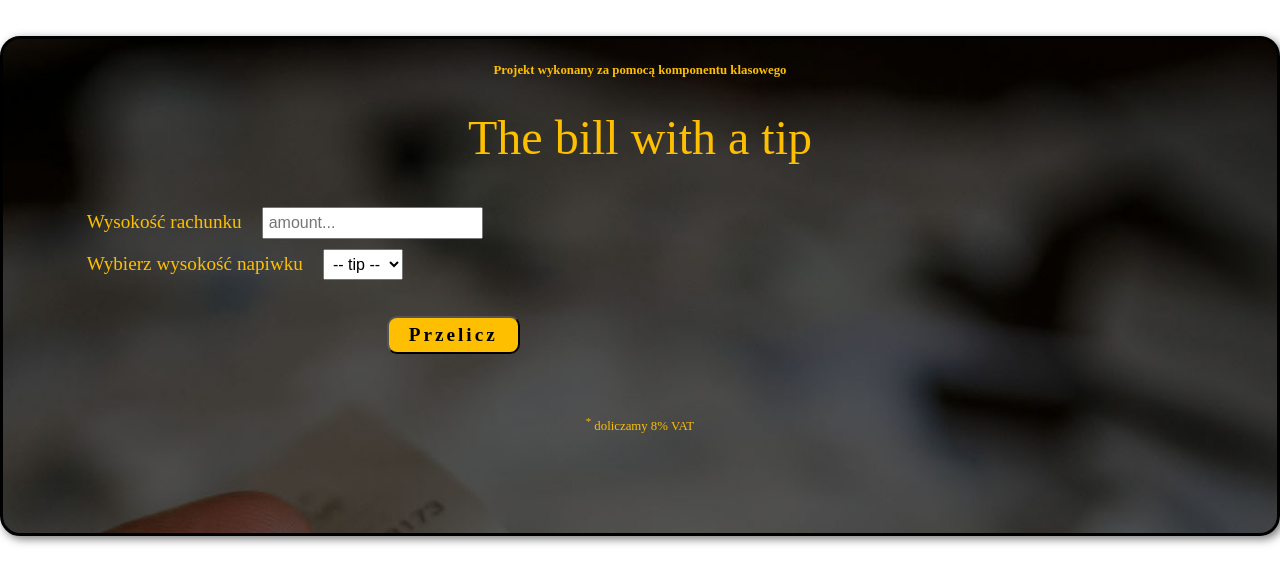
Repository: KrzysKolo/sr_tydzien4_zad1
Page: /
An editor plug-in stored every save of this project. The page is shown before and after the next save, followed by the edit.
The browser window is 1280 px wide. The pictures show the whole page.
Some web fonts or font styles are not loaded; a fallback is used. The project was rebuilt for these pictures with package versions that can differ from the ones it lists, and the page was loaded fresh each time. Also part of the build but not shown: src/components/ParagrapfCard.js.

Above is the page before, as saved 2020-11-06 15:06:48.

### public/index.html
<!DOCTYPE html>
<html lang="en">
  <head>
    <meta charset="utf-8" />
    <link rel="icon" href="%PUBLIC_URL%/favicon.ico" />
    <meta name="viewport" content="width=device-width, initial-scale=1" />
    <meta name="theme-color" content="#000000" />
    <meta
      name="description"
      content="Web site created using create-react-app"
    />
    <link rel="apple-touch-icon" href="%PUBLIC_URL%/logo192.png" />
    <!--
      manifest.json provides metadata used when your web app is installed on a
      user's mobile device or desktop. See https://developers.google.com/web/fundamentals/web-app-manifest/
    -->
    <link rel="manifest" href="%PUBLIC_URL%/manifest.json" />
    <!--
      Notice the use of %PUBLIC_URL% in the tags above.
      It will be replaced with the URL of the `public` folder during the build.
      Only files inside the `public` folder can be referenced from the HTML.

      Unlike "/favicon.ico" or "favicon.ico", "%PUBLIC_URL%/favicon.ico" will
      work correctly both with client-side routing and a non-root public URL.
      Learn how to configure a non-root public URL by running `npm run build`.
    -->
    <link href="https://fonts.googleapis.com/css2?family=Calligraffitti&family=Shadows+Into+Light+Two&family=Skranji&display=swap" rel="stylesheet">
    <title>Bill and tip</title>
  </head>
  <body>
    <noscript>You need to enable JavaScript to run this app.</noscript>
    <div id="root"></div>
    <!--
      This HTML file is a template.
      If you open it directly in the browser, you will see an empty page.

      You can add webfonts, meta tags, or analytics to this file.
      The build step will place the bundled scripts into the <body> tag.

      To begin the development, run `npm start` or `yarn start`.
      To create a production bundle, use `npm run build` or `yarn build`.
    -->
  </body>
</html>

### src/App.js
import './App.css';
import BillCard from './components/BillCard';
const App = () => {
  return (
    <div>
      <BillCard/>
    </div>
   );
}

export default App;

### src/components/BillCard.js
import React, { Component } from 'react';
import HeaderCard from './HeaderCard';
import SectionCard from './SectionCard';
import FooterCard from './FooterCard';
import './BillCard.css';
class BillCard extends Component {
    state = {  }
    render() {
        return (
            <div className="billCard__wrapper">
                <HeaderCard/>
                <SectionCard />
                <FooterCard />
            </div>
         );
    }
}

export default BillCard;

### src/components/HeaderCard.js
import React from 'react';
const HeaderCard = () => {
    return (
        <div className="billCard__header">
            <h1>Projekt wykonany za pomocą komponentu klasowego</h1>
            The bill with a tip
        </div>
     );
}

export default HeaderCard;

### src/components/SectionCard.js
import React, { Component } from 'react';
import FormCard from './FormCard';
import ParagrapfCard from './ParagrapfCard';

class SectionCard extends Component {
    state = {
        bill: {
            amount: "",
            tip: 0,
        },
        results: 0,
        show: true,
    }
     handleChange = e => {
        let  newBill = {
         ...this.state.bill,
         [e.target.name]: e.target.value,
         }

         this.setState({
             bill: newBill
         })
     }
     handleConvert = (e) => {
        e.preventDefault();
        const price = parseFloat(this.state.bill.amount)*1.08;
        const tip = parseFloat(this.state.bill.tip);
        const suma = (price+(price*tip)).toFixed(2);
         this.setState({
            results: suma,
            bill: {
                amount: "",
                tip: 0,
            },
            show: false,
         })
     }

     render() {

        return  this.state.show ?
        <FormCard bill={this.state.bill} result={this.state.result} show={this.state.show} handleChange={this.handleChange} handleConvert={this.handleConvert}/>
        : <ParagrapfCard result={this.state.results} />
         {/* <section className="billCard__section billCard__section--background"><p>Twój rachunek: {this.state.results} zł</p></section> */} ;
    }
}

export default SectionCard;

### src/components/FooterCard.js
import React from 'react';
const FooterCard = () => {
    return (
        <footer className="billCard__footer">
            <sup>*</sup> doliczamy 8% VAT <br />
        </footer>
     );
}

export default FooterCard;

### src/components/BillCard.css
.billCard__wrapper {
  min-width: 300px;
  min-height: 500px;
  background: url("./../image/bill.jpg");
  background-size: cover;
  border: 3px solid black;
  border-radius: 20px;
  box-shadow: 3px 3px 10px #7a7a7a;
  display: flex;
  flex-direction: column;
  align-items: center;
  margin: 5vh auto;
}
.billCard__header {
  font-family: "Skranji", cursive;
  font-size: 3rem;
  color: rgb(253, 191, 0);
  margin-top: 1.5rem;
}
.billCard__section {
  margin-top: 2rem;
  height: 40%;
  width: 90%;
}
.billCard__header h1 {
  color: rgb(253, 191, 0);
  font-family: "Shadows Into Light Two", cursive;
  font-size: 0.8rem;
  text-align: center;
  padding-bottom: 2rem;
}
.billCard__section--background {
  background-color: rgba(253, 191, 0, 0.07);
  border-radius: 10px;
  box-shadow: inset 3px 3px 5px black;
}
.billCard__section p {
  font-family: "Shadows Into Light Two", cursive;
  font-size: 2rem;
  margin: 2rem auto 0 auto;
  color: rgb(253, 191, 0);

  text-align: center;
}
.label__BillCard {
  font-family: "Shadows Into Light Two", cursive;
  font-size: 1.2rem;
  color: rgb(253, 191, 0);
  padding: 20px;
}
.form__items {
  font-size: 1rem;
  padding: 5px;
  margin-top: 10px;
}
.btn__BillCard {
  font-family: "Shadows Into Light Two", cursive;
  font-size: 1.2rem;
  background-color: rgb(253, 191, 0);
  border-radius: 10px;
  cursor: pointer;
  margin: 5vh auto 2vh 25vw;
  padding: 6px 20px;
  transition: all ease-in-out 0.3s;
  letter-spacing: 3px;
  font-weight: bold;
}
.btn__BillCard:hover {
  background-color: rgba(253, 191, 0, 0.07);
  color: rgb(253, 191, 0);
}
.billCard__footer {
  color: rgb(253, 191, 0);
  font-family: "Shadows Into Light Two", cursive;
  font-size: 0.8rem;
  margin-top: 3rem;
}

### src/components/FormCard.js

import React from 'react';
const  FormCards = (props) => {
    return (
        <section className="billCard__section">
        <form>
            <label className="label__BillCard" htmlFor="form__input-amount">Wysokość rachunku</label>
            <input className="form__items"
                       type="text"
                       id="form__input-amount"
                       name="amount"
                       placeholder="amount..."
                       onChange={props.handleChange}
                       value={props.amount} /><br/>
            <label className="label__BillCard" htmlFor="form__select">Wybierz wysokość napiwku</label>
            <select className="form__items"
                           name="tip"
                           id="form__select"
                           onChange={props.handleChange}
                           value={props.tip}>
                               <option value=""> -- tip -- </option>
                               <option value="0.05">5%</option>
                               <option value="0.10">10%</option>
                               <option value="0.15">15%</option>
                               <option value="0.20">20%</option>
                </select> <br />
                <button className="btn__BillCard" type="submit" onClick={props.handleConvert}>Przelicz</button>
        </form>
    </section>
     );
}
export default FormCards;

Loaded but not shown: src/index.js (common file); src/index.css (common file); src/App.css (common file)

After the next save:
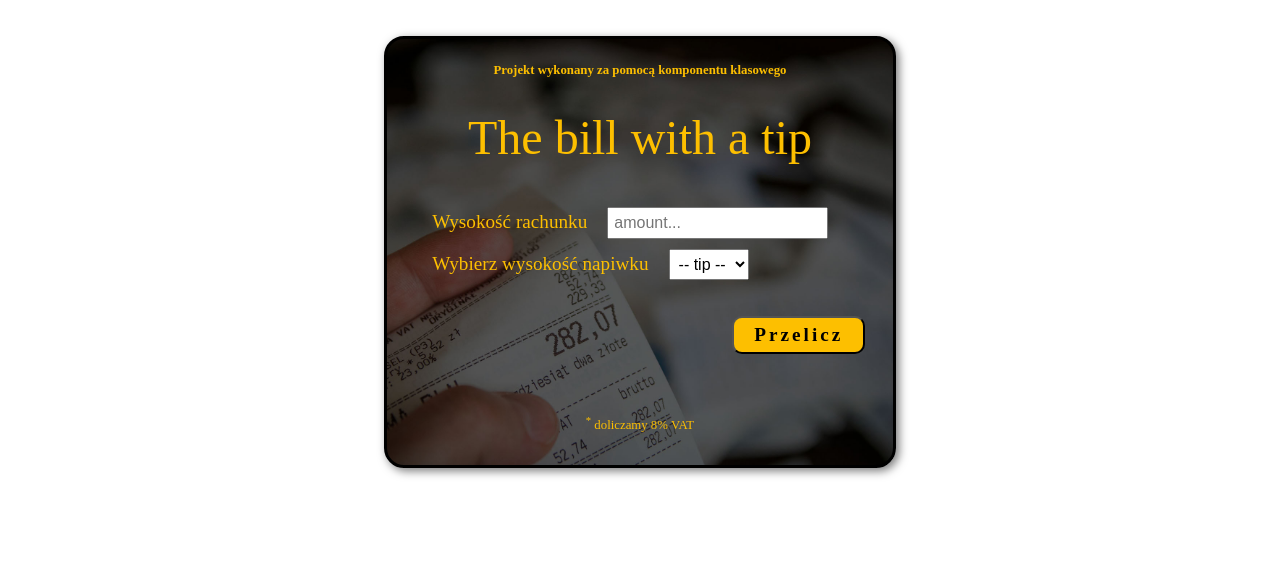
Saved 15 s later.
--- a/src/components/BillCard.css
+++ b/src/components/BillCard.css
@@ -1,6 +1,6 @@
 .billCard__wrapper {
-  min-width: 300px;
-  min-height: 500px;
+  width: 40vw;
+  height: 60vh;
   background: url("./../image/bill.jpg");
   background-size: cover;
   border: 3px solid black;
